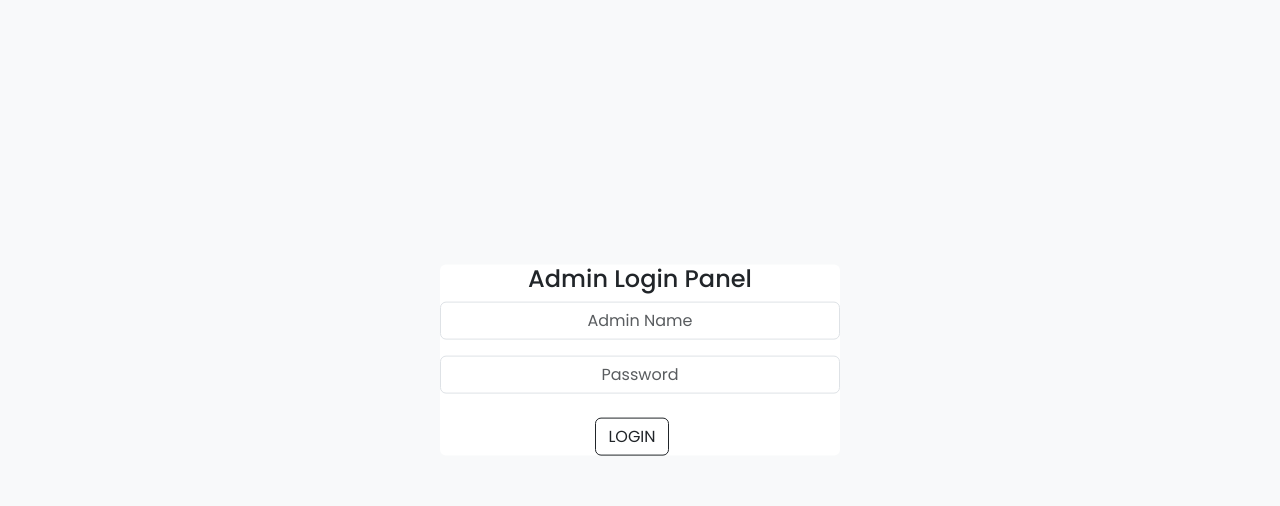
Repository: TaTongThanh2003/DoAnCoSo2024_BookingHotelWebsite
Page: http://localhost/Admin/index.php
The author's editor kept a copy of each file at every save. The page is drawn from the files as they stood at one save, then again after the next save.
The browser window is 1280 px wide. The pictures show the whole page.
Some web fonts or font styles are not loaded; a fallback is used. The page is run by PHP 8.4 with error messages shown; the project is at /var/www/html/.

Above is the page before, as saved 2024-03-28 22:44:01.

### Admin/Index.php
<!DOCTYPE html>
<html lang="en">

<head>
    <meta charset="UTF-8">
    <meta name="viewport" content="width=device-width, initial-scale=1.0">
    <title>Admin Login Panel</title>
    <link href="https://cdn.jsdelivr.net/npm/bootstrap@5.3.3/dist/css/bootstrap.min.css" rel="stylesheet"
        integrity="sha384-QWTKZyjpPEjISv5WaRU9OFeRpok6YctnYmDr5pNlyT2bRjXh0JMhjY6hW+ALEwIH" crossorigin="anonymous">
    <link
        href="https://fonts.googleapis.com/css2?family=Merienda:wght@400;700&family=Poppins:wght@400;500;600&display=swap"
        rel="stylesheet">
    <link rel="stylesheet" href="https://cdn.jsdelivr.net/npm/bootstrap-icons@1.11.3/font/bootstrap-icons.min.css">
    <link rel="stylesheet" href="admin/css/common.css">
    <style>
    div.login-form {
        position: absolute;
        top: 50%;
        left: 50%;
        transform: translate(-50%, -50%);
        width: 400px;
    }
    </style>
</head>

<body class="bg-light">
    <div class="login-form text-center rounded bg-white">
        <form>
            <h4>Admin Login Panel</h4>
            <div>
                <div class="mb-3">
                    <input type="text" class="form-control shadow-none text-center" placeholder="Admin Name">
                </div>
                <div class="mb-4">
                    <input type="password" class="form-control shadow-none text-center" placeholder="Password">
                </div>
                <button type="submit" class="btn btn-outline-dark shadow-none me-lg-3 me-2 ">LOGIN</button>
            </div>
        </form>
    </div>



    <link href="https://cdn.jsdelivr.net/npm/bootstrap@5.3.3/dist/css/bootstrap.min.css" rel="stylesheet"
        integrity="sha384-QWTKZyjpPEjISv5WaRU9OFeRpok6YctnYmDr5pNlyT2bRjXh0JMhjY6hW+ALEwIH" crossorigin="anonymous">


</body>

</html>

### admin/css/common.css
:root{
    --teal: #2ec1ac;
    --teal_hover: #279e8c;
}

* {
    font-family: 'Poppins', sans-serif;
}

.h-font {
    font-family: 'Merienda', cursive;
}

input::-webkit-outer-spin-button,
input::-webkit-inner-spin-button {
    -webkit-appearance: none;
    margin: 0;
}

/* input[type=number] {
    -moz-appearance: textfield;
} */

.custom-bg {
    background-color: var(--teal);
    border: 1px solid var(--teal);
}

.custom-bg:hover {
    background-color: var(--teal_hover);
    border-color: var(--teal_hover);
}

.availability-form {
    margin-top: -50px;
    z-index: 2;
    position: relative;
}
.h-line{
    width: 150px ;
    margin: 0 auto;
    height: 1.7px;
}

After the next save:
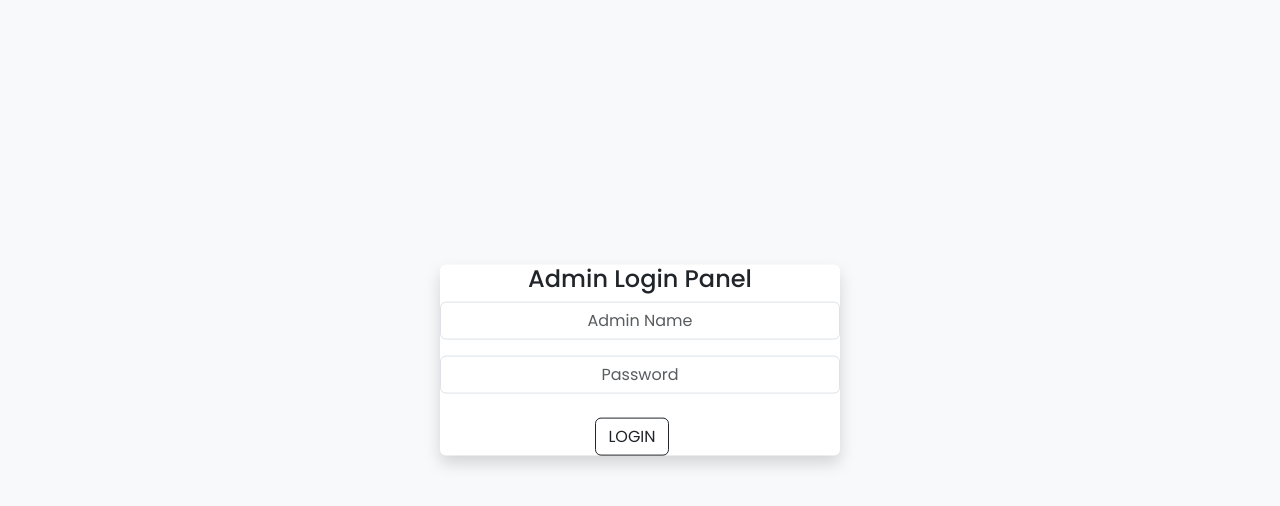
Saved 34 s later.
--- a/Admin/Index.php
+++ b/Admin/Index.php
@@ -24,7 +24,7 @@
 </head>
 
 <body class="bg-light">
-    <div class="login-form text-center rounded bg-white">
+    <div class="login-form text-center rounded bg-white shadow overflow-none">
         <form>
             <h4>Admin Login Panel</h4>
             <div>
